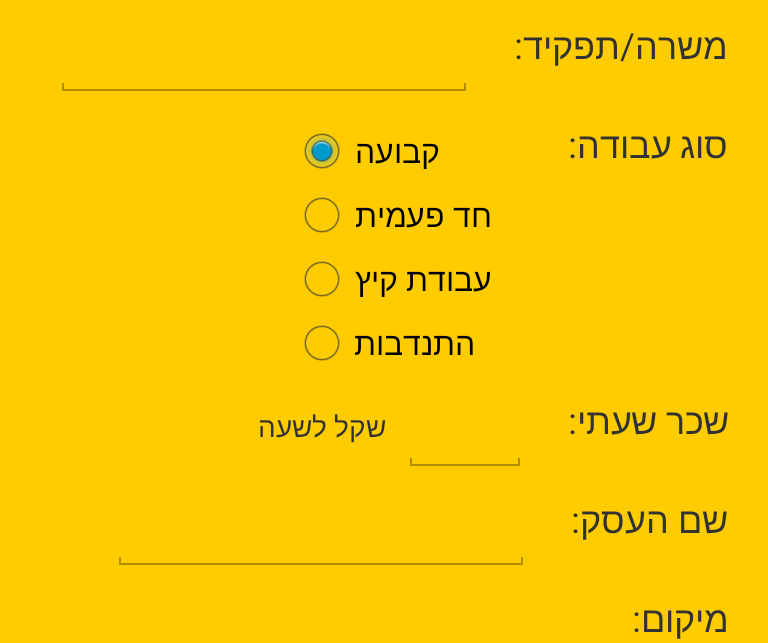
Repository: rodi055/jobli
Layout: Jobli/res/layout/fragment_create_job.xml
The author's editor kept a copy of each file at every save. The layout is drawn from the files as they stood at one save, then again after the next save.
The pictures show rows 0 to 643 of an output 1280 px tall.
Pictures or frames that could not be fetched are drawn as grey boxes. It is drawn on a 768 x 1280 px phone screen (xhdpi) without system bars, with theme AppTheme; the app's code is not run. The app's manifest (not shown) leaves right-to-left support off. So textAlignment, textDirection and layoutDirection are ignored, and left and right values win over start and end ones.

Above is the layout before, as saved 2015-01-03 12:12:29.

### Jobli/res/layout/fragment_create_job.xml
<?xml version="1.0" encoding="utf-8"?>
<LinearLayout xmlns:android="http://schemas.android.com/apk/res/android"
    android:layout_width="match_parent"
    android:layout_height="match_parent"
    android:background="#FFCC00"
    android:orientation="vertical" >

    <ScrollView
        android:layout_width="match_parent"
        android:layout_height="wrap_content" >

        <LinearLayout
            android:layout_width="match_parent"
            android:layout_height="wrap_content"
            android:orientation="vertical" >

            <RelativeLayout
                android:layout_width="wrap_content"
                android:layout_height="wrap_content"
                android:layout_marginTop="10dp" >

                <TextView
                    android:id="@+id/textView1"
                    android:layout_width="wrap_content"
                    android:layout_height="wrap_content"
                    android:layout_alignParentEnd="true"
                    android:layout_alignParentRight="true"
                    android:layout_alignParentTop="true"
                    android:layout_marginEnd="20dp"
                    android:layout_marginRight="20dp"
                    android:text="משרה/תפקיד:"
                    android:textSize="18sp" />

                <EditText
                    android:id="@+id/editText1"
                    android:layout_width="wrap_content"
                    android:layout_height="wrap_content"
                    android:layout_alignTop="@+id/textView1"
                    android:layout_marginEnd="20dp"
                    android:layout_marginRight="20dp"
                    android:layout_toLeftOf="@+id/textView1"
                    android:layout_toStartOf="@+id/textView1"
                    android:ems="10"
                    android:maxLines="1" />
            </RelativeLayout>

            <RelativeLayout
                android:layout_width="wrap_content"
                android:layout_height="wrap_content"
                android:layout_marginTop="10dp" >

                <TextView
                    android:id="@+id/textView2"
                    android:layout_width="wrap_content"
                    android:layout_height="wrap_content"
                    android:layout_alignParentEnd="true"
                    android:layout_alignParentRight="true"
                    android:layout_alignParentTop="true"
                    android:layout_marginEnd="20dp"
                    android:layout_marginRight="20dp"
                    android:text="סוג עבודה:"
                    android:textSize="18sp" />

                <RadioGroup
                    android:id="@+id/radioGroup1"
                    android:layout_width="wrap_content"
                    android:layout_height="wrap_content"
                    android:layout_alignParentTop="true"
                    android:layout_marginEnd="38dp"
                    android:layout_marginRight="38dp"
                    android:layout_toLeftOf="@+id/textView2" >

                    <RadioButton
                        android:id="@+id/radio0"
                        android:layout_width="wrap_content"
                        android:layout_height="wrap_content"
                        android:checked="true"
                        android:text="קבועה" />

                    <RadioButton
                        android:id="@+id/radio1"
                        android:layout_width="wrap_content"
                        android:layout_height="wrap_content"
                        android:text="חד פעמית" />

                    <RadioButton
                        android:id="@+id/radio2"
                        android:layout_width="wrap_content"
                        android:layout_height="wrap_content"
                        android:text="עבודת קיץ" />

                    <RadioButton
                        android:id="@+id/radio3"
                        android:layout_width="wrap_content"
                        android:layout_height="wrap_content"
                        android:text="התנדבות" />
                </RadioGroup>
            </RelativeLayout>

            <RelativeLayout
                android:layout_width="wrap_content"
                android:layout_height="wrap_content"
                android:layout_marginTop="10dp" >

                <TextView
                    android:id="@+id/textView8"
                    android:layout_width="wrap_content"
                    android:layout_height="wrap_content"
                    android:layout_alignParentEnd="true"
                    android:layout_alignParentRight="true"
                    android:layout_alignParentTop="true"
                    android:layout_marginEnd="20dp"
                    android:layout_marginRight="20dp"
                    android:text="שכר שעתי:"
                    android:textSize="18sp" />

                <EditText
                    android:id="@+id/editText8"
                    android:layout_width="wrap_content"
                    android:layout_height="wrap_content"
                    android:layout_alignTop="@+id/textView8"
                    android:layout_marginEnd="20dp"
                    android:layout_marginRight="20dp"
                    android:layout_toLeftOf="@+id/textView8"
                     android:ems="3"
                    android:inputType="numberDecimal"
                    android:maxLines="1"
                    android:singleLine="true" />

                <TextView
                    android:id="@+id/textView9"
                    android:layout_width="wrap_content"
                    android:layout_height="wrap_content"
                    android:layout_alignBottom="@+id/textView8"
                    android:layout_toLeftOf="@+id/editText8"
                    android:layout_marginRight="8dp"
                    android:text="שקל לשעה" />

            </RelativeLayout>

             <RelativeLayout
                android:layout_width="wrap_content"
                android:layout_height="wrap_content"
                android:layout_marginTop="10dp" >

                <TextView
                    android:id="@+id/textView3"
                    android:layout_width="wrap_content"
                    android:layout_height="wrap_content"
                    android:layout_alignParentEnd="true"
                    android:layout_alignParentRight="true"
                    android:layout_alignParentTop="true"
                    android:layout_marginEnd="20dp"
                    android:layout_marginRight="20dp"
                    android:text="שם העסק:"
                    android:textSize="18sp" />

                <EditText
                    android:id="@+id/editText3"
                    android:layout_width="wrap_content"
                    android:layout_height="wrap_content"
                    android:layout_alignTop="@+id/textView3"
                    android:layout_marginEnd="20dp"
                    android:layout_marginRight="20dp"
                    android:layout_toLeftOf="@+id/textView3"
                    android:ems="10"
                    android:maxLines="1"
                    android:singleLine="true" />

            </RelativeLayout>

            <RelativeLayout
                android:layout_width="wrap_content"
                android:layout_height="wrap_content"
                android:layout_marginTop="10dp" >

                <TextView
                    android:id="@+id/textView4"
                    android:layout_width="wrap_content"
                    android:layout_height="wrap_content"
                    android:layout_alignParentEnd="true"
                    android:layout_alignParentRight="true"
                    android:layout_alignParentTop="true"
                    android:layout_marginEnd="20dp"
                    android:layout_marginRight="20dp"
                    android:text="מיקום:"
                    android:textSize="18sp" />
            </RelativeLayout>

            <fragment
                android:id="@+id/My_map"
                android:layout_width="match_parent"
                android:layout_height="120dp"
                android:layout_marginBottom="20dp"
                class="com.google.android.gms.maps.MapFragment" />

            <RelativeLayout
                android:layout_width="wrap_content"
                android:layout_height="wrap_content"
                android:layout_marginTop="10dp" >

                <TextView
                    android:id="@+id/textView5"
                    android:layout_width="wrap_content"
                    android:layout_height="wrap_content"
                    android:layout_alignParentEnd="true"
                    android:layout_alignParentRight="true"
                    android:layout_alignParentTop="true"
                    android:layout_marginEnd="20dp"
                    android:layout_marginRight="20dp"
                    android:text="שם איש קשר:"
                    android:textSize="18sp" />

                <EditText
                    android:id="@+id/editText5"
                    android:layout_width="wrap_content"
                    android:layout_height="wrap_content"
                    android:layout_alignTop="@+id/textView5"
                    android:layout_marginEnd="20dp"
                    android:layout_marginRight="20dp"
                    android:layout_toLeftOf="@+id/textView5"
                    android:layout_toStartOf="@+id/textView5"
                    android:ems="10"
                    android:inputType="textPersonName"
                    android:maxLines="1"
                    android:singleLine="true" />

            </RelativeLayout>

            <RelativeLayout
                android:layout_width="wrap_content"
                android:layout_height="wrap_content"
                android:layout_marginTop="10dp" >

                <TextView
                    android:id="@+id/textView6"
                    android:layout_width="wrap_content"
                    android:layout_height="wrap_content"
                    android:layout_alignParentEnd="true"
                    android:layout_alignParentRight="true"
                    android:layout_alignParentTop="true"
                    android:layout_marginEnd="20dp"
                    android:layout_marginRight="20dp"
                    android:text="איימיל:"
                    android:textSize="18sp" />

                <EditText
                    android:id="@+id/editText6"
                    android:layout_width="wrap_content"
                    android:layout_height="wrap_content"
                    android:layout_alignTop="@+id/textView6"
                    android:layout_marginEnd="20dp"
                    android:layout_marginRight="20dp"
                    android:layout_toLeftOf="@+id/textView6"
                    android:layout_toStartOf="@+id/textView6"
                    android:ems="10"
                    android:inputType="textEmailAddress"
                    android:maxLines="1"
                    android:singleLine="true" />

            </RelativeLayout>

            <RelativeLayout
                android:layout_width="wrap_content"
                android:layout_height="wrap_content"
                android:layout_marginTop="10dp"
                android:contentDescription="@android:string/emptyPhoneNumber" >

                <TextView
                    android:id="@+id/textView7"
                    android:layout_width="wrap_content"
                    android:layout_height="wrap_content"
                    android:layout_alignParentEnd="true"
                    android:layout_alignParentRight="true"
                    android:layout_alignParentTop="true"
                    android:layout_marginEnd="20dp"
                    android:layout_marginRight="20dp"
                    android:text="מספר טלפון:"
                    android:textSize="18sp" />

                <EditText
                    android:id="@+id/editText7"
                    android:layout_width="wrap_content"
                    android:layout_height="wrap_content"
                    android:layout_alignTop="@+id/textView7"
                    android:layout_marginEnd="20dp"
                    android:layout_marginRight="20dp"
                    android:layout_toLeftOf="@+id/textView7"
                    android:layout_toStartOf="@+id/textView7"
                    android:ems="10"
                    android:inputType="phone"
                    android:maxLines="1"
                    android:singleLine="true" />

                <CheckBox
                    android:id="@+id/checkBox1"
                    android:layout_width="wrap_content"
                    android:layout_height="wrap_content"
                   android:layout_below="@id/textView7"
                    android:layout_alignParentRight="true"
                    android:text="אל תציג מספר טלפון"
                    android:textSize="12sp" />
            </RelativeLayout>
        </LinearLayout>
    </ScrollView>

</LinearLayout>

Loaded but not shown: Jobli/res/values/styles.xml (common file); Jobli/res/values-v11/styles.xml (common file); Jobli/res/values-v14/styles.xml (common file)

After the next save:
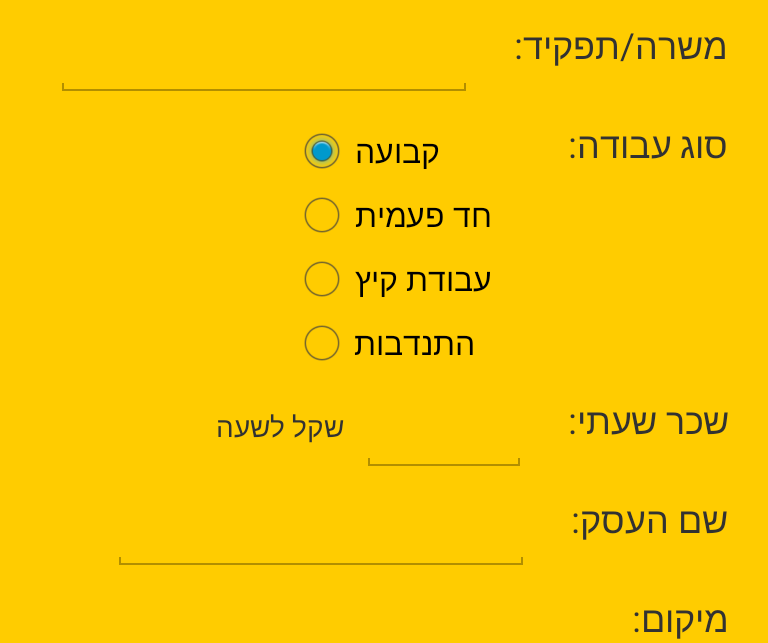
Saved 65 s later.
--- a/Jobli/res/layout/fragment_create_job.xml
+++ b/Jobli/res/layout/fragment_create_job.xml
@@ -122,7 +122,7 @@
                     android:layout_marginEnd="20dp"
                     android:layout_marginRight="20dp"
                     android:layout_toLeftOf="@+id/textView8"
-                     android:ems="3"
+                     android:ems="4"
                     android:inputType="numberDecimal"
                     android:maxLines="1"
                     android:singleLine="true" />
